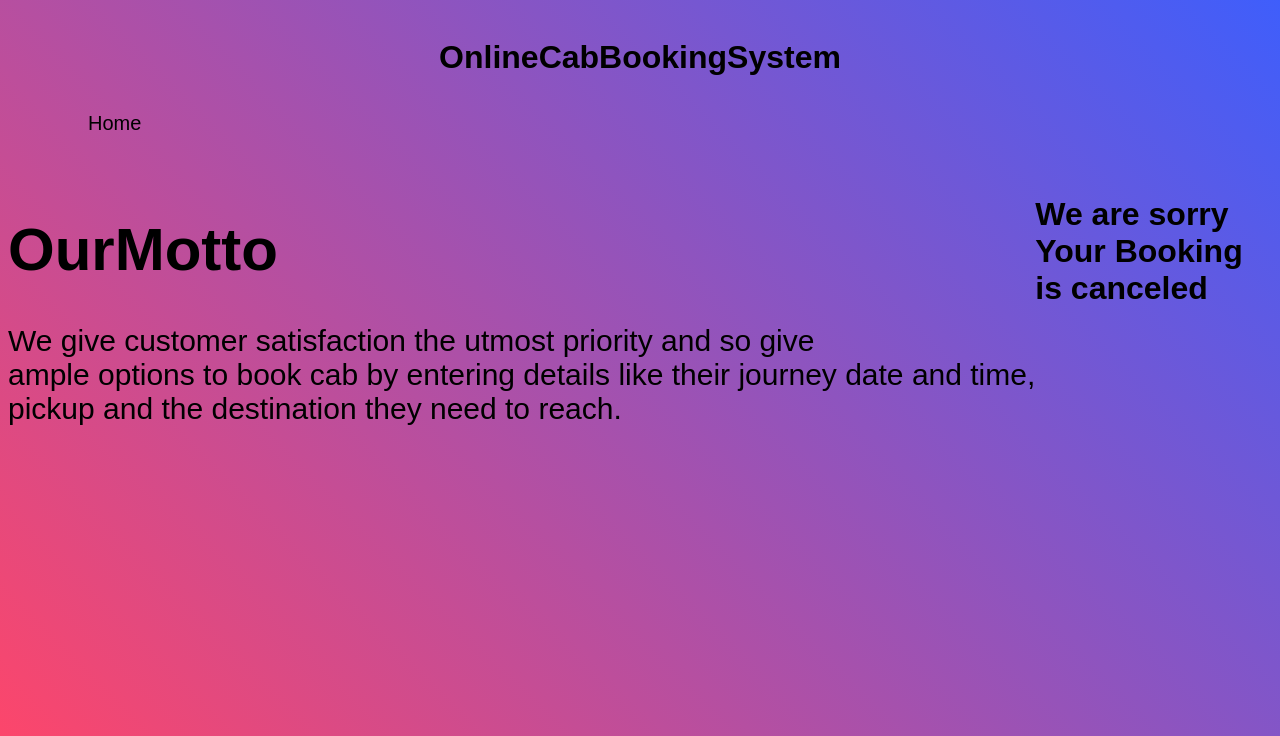
Repository: venkateshpillala/OnlineCabBookingSystem
Page: http://localhost/BookCab/deleteCab.jsp
The author's editor kept a copy of each file at every save. The page is drawn from the files as they stood at one save, then again after the next save.
The browser window is 1280 px wide. The pictures show the whole page.
The page is served by Tomcat 9. Other server files are loaded and not shown. The template is opened directly, without the code that normally fills it, so the values that code supplies are empty.

Above is the page before, as saved 2024-06-07 17:30:41.

### BookCab/src/main/webapp/deleteCab.jsp
<%@ page language="java" contentType="text/html; charset=ISO-8859-1"
    pageEncoding="ISO-8859-1" isELIgnored = "false"%>
<%@ taglib uri="http://java.sun.com/jsp/jstl/core" prefix = "c"%>

<!DOCTYPE html>
<html>
<head>
<meta charset="ISO-8859-1">
<title>OnlineCabBooking</title>
</head>
<style>
	body{

		background : linear-gradient(45deg,#FC466B,#3F5EFB);
		height : 100vh;
		font-family : "Montserrat", sans-serif;
	}
	form {
		font-family : "Montserrat", sans-serif;
		background : rgba(255,255,255,0.3);
		padding : 5em;
		height : 320px;
		border-radius : 20px;
		border-left : 1px solid rgba(255,255,255,0.3);
		border-top : 10px solid rgba(255,255,255,0.3);
		background-filter : blur(10px);
		box-shadow : 20px 20px 40px -6px rgba(0, 0, 0, 0.2);
		text-align : center;
		position : relative;
		transition : all 0.2 ease-in-out;
		margin-right : 100px;
	}
	input {
		border-radius : 20px;
		box-shadow : 20px 20px 40px -6px rgba(0, 0, 0, 0.2);
		padding  : 10px 50px;
		margin-top : 20px;
		background-filter : blur(10px);
	}
	.but{
		padding-left : 0px;
	}
	.alignment{
		text-align : center;
		border-radius : 10px;
		padding: 10px;
	}
	ul {
  		list-style-type: none;
  		overflow: hidden;
	}

	li {
  		float: left;
	}

	li a {
  		display: block;
  		color : black;
  		text-align: center;
  		padding: 14px 30px;
  		text-decoration: none;
  		font-size : 20px;
	}

	li a:hover:not(.active) {
  		background-color: #111;
  		border-radius : 10px;
  		color : white;
	}
	.h{
		padding : 100px;
	}
	.left{
		float : left;
		font-size : 30px;
	}
	.right{
		float : right;
	}
	.para{
		padding-left : 120px;
		font-family : "Montserrat", sans-serif;
		font-size : 20px;
	}
	.over:hover:not(.active) {
  		background-color: #111;
  		border-radius : 10px;
  		color : white;
	}
</style>
<body>
<div class = "alignment">
	<h1 >OnlineCabBookingSystem</h1>
	<ul>
		<li><a href = "./Home.html">Home</a></li>

		</li>
	</ul>
</div>

<div >

	<div class = "left">
		<h1>OurMotto</h1>
		<p>We give customer satisfaction the utmost priority and so give<br> ample options
		to book cab by entering details like their journey date and time, <br>pickup and
		the destination they need to reach.
		</p>
	</div>
	<div class = "right">

		<h1>${user.userName }</h1>
	</div>
</div>

<div>
	<c:choose>

	<c:when test="${result eq 'success' }">
		<c:if test="${booked ne null || !empty booked }">
	<table border = '1'>
	<tr>
	<th>Car Number</th>
	<th>Driver Name</th>
	<th>Car Colour</th>
	<th>From Address</th>
	<th>To Address</th>
	<th>Car Type</th>
	<th>Driver Number</th>
	<th>Booking Time</th>
	<th>Booking Date</th>
	<th>Status</th>
	<th>cancel</th>
	</tr>
			<tr>
				<td>${booked.carNumber}</td>
				<td>${booked.driverName}</td>
				<td>${booked.carColour}</td>
				<td>${booked.fromAddress}</td>
				<td>${booked.toAddress}</td>
				<td>${booked.carType }</td>
				<td>${booked.driverNumber }</td>
				<td>${booked.date }</td>
				<td>${booked.time }</td>
				<td>Booked</td>
				<td>
					<c:url value="./cancel" var = "cancel">
						<c:param name = "username" value = "${ booked.userName}"/>
						<c:param name = "carNumber" value = "${ booked.carNumber}"/>
						<c:param name = "time" value = "${ booked.time}"/>
					</c:url>
					<a href = "${cancel }">Cancel</a>
				</td>
			</tr>
		</table>
		</c:if>
		<c:if test="${booked eq null || empty booked }">
		<h1>We are sorry <br>Your Booking is canceled</h1>
		</c:if>
		</c:when>
		<c:otherwise>

		<h1>We are sorry <br>Your Booking is canceled</h1>
		</c:otherwise>
	</c:choose>

</div>
</body>
</html>

After the next save:
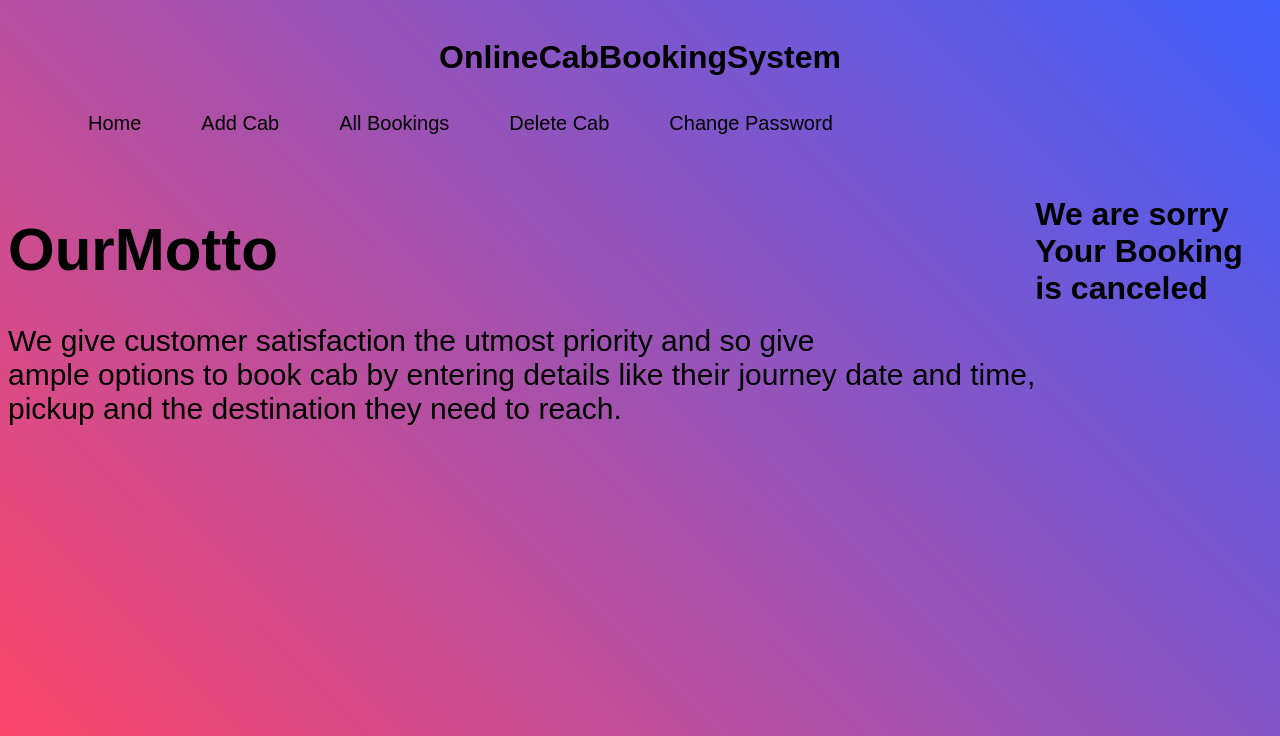
Saved 15 s later.
--- a/BookCab/src/main/webapp/deleteCab.jsp
+++ b/BookCab/src/main/webapp/deleteCab.jsp
@@ -94,6 +94,10 @@
 	<h1 >OnlineCabBookingSystem</h1>
 	<ul>
 		<li><a href = "./Home.html">Home</a></li>
+		<li><a href = "./AddCab.html">Add Cab</a></li>
+		<li><a href = "./allbookings">All Bookings</a></li>
+		<li><a href = "./deleteCab.html">Delete Cab</a></li>
+		<li><a href = "./changePassword.html">Change Password</a></li>
 
 		</li>
 	</ul>
